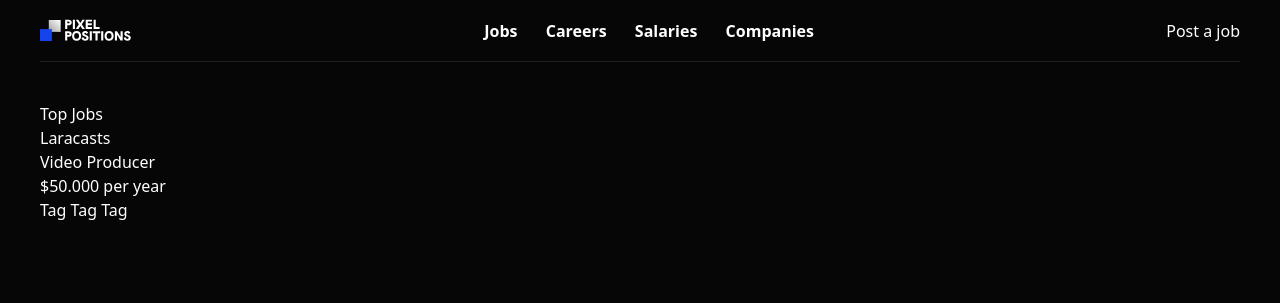
Repository: aggepap/pixel-positions-laravel
Page: http://localhost/
An editor plug-in stored every save of this project. The page is shown before and after the next save, followed by the edit.
The browser window is 1280 px wide. The pictures show the whole page.
The page is served by the project's Laravel application, run on PHP 8.4 with Laravel 12. Style sheets and scripts are compiled from the project's sources, by tool versions that may differ from the author's.

Above is the page before, as saved 2025-02-21 20:33:11.

After the next save:
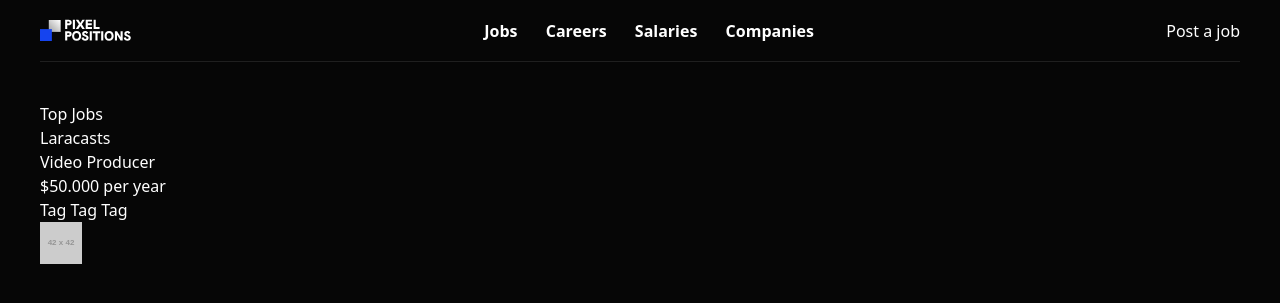
Saved 19 s later.
--- a/resources/views/welcome.blade.php
+++ b/resources/views/welcome.blade.php
@@ -12,7 +12,7 @@
                     <a href="#">Tag</a>
                     <a href="#">Tag</a>
                 </div>
-                    <img src="" alt="">
+                    <img src="http://placehold.it/42/42" alt="">
                 </div>
             </div>
         </div>
